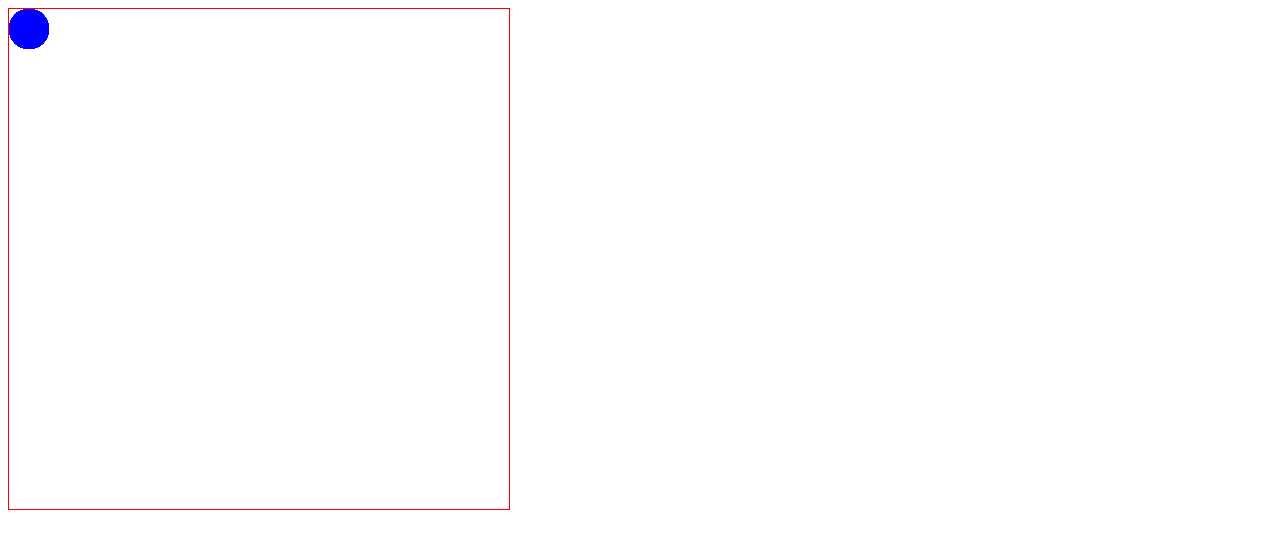
Repository: huynhsang96/CaseJS
Page: Demo_case/index.html
An editor plug-in stored every save of this project. The page is shown before and after the next save, followed by the edit.
The browser window is 1280 px wide. The pictures show the whole page.

Above is the page before, as saved 2022-02-14 10:18:20.

After the next save:
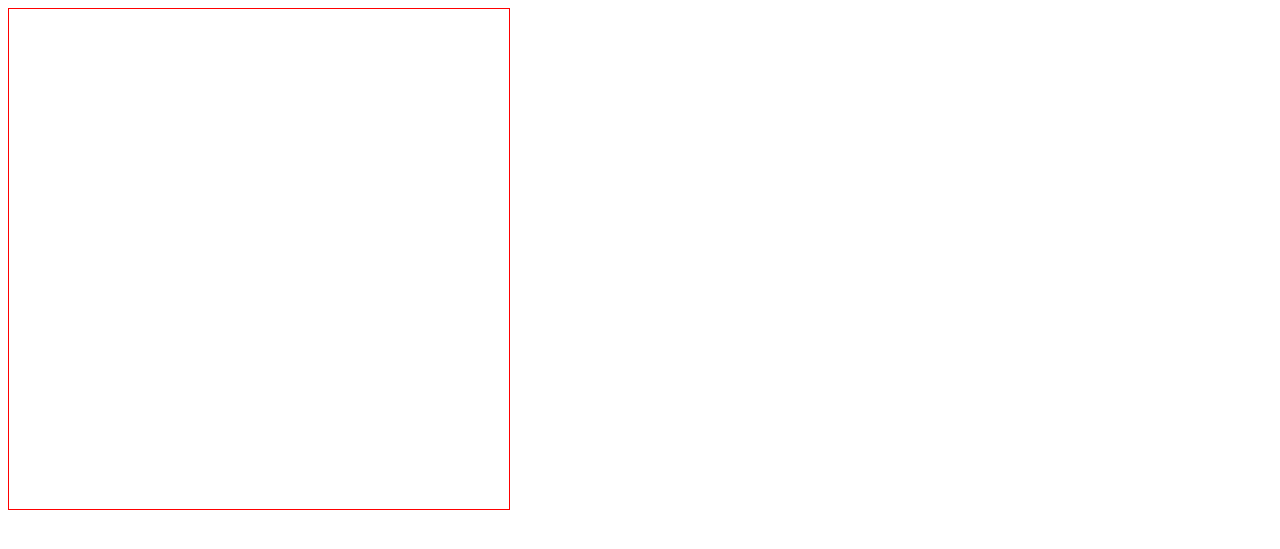
Console error: SyntaxError: Invalid or unexpected token
Saved 22 s later.
--- a/Demo_case/ball.js
+++ b/Demo_case/ball.js
@@ -19,7 +19,7 @@
     move(){
         setInterval(function(){
             ball1.draw();
-            this.x = this.x + 100;
+            this.x = this.x + 100px;
         },100)
     }
 }

After the save that followed:
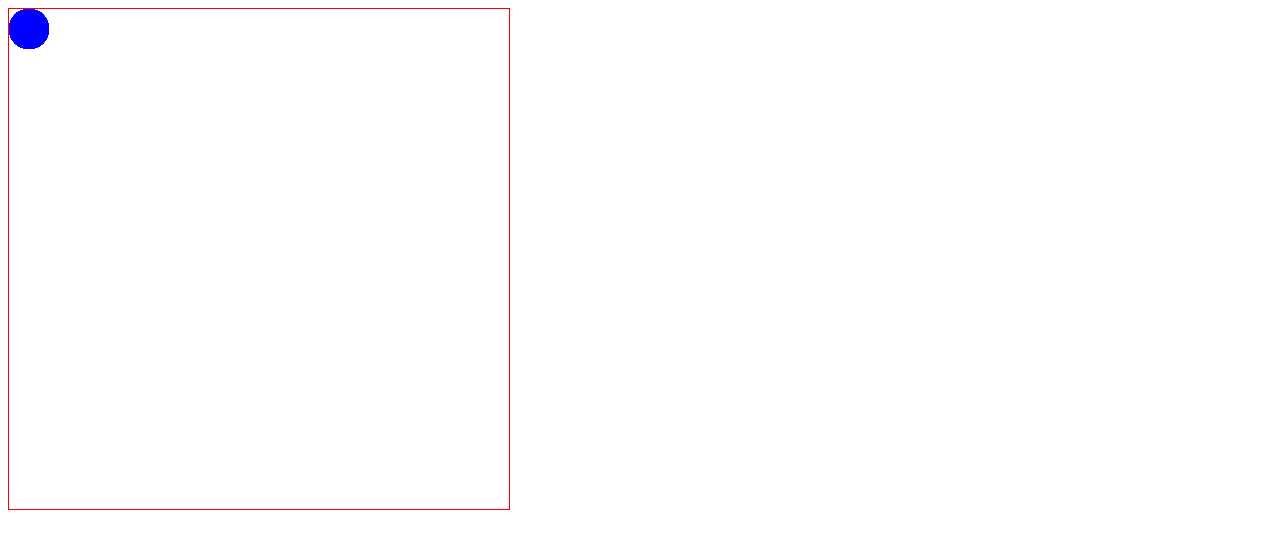
The error is gone.
Saved 7 s later.
--- a/Demo_case/ball.js
+++ b/Demo_case/ball.js
@@ -19,7 +19,7 @@
     move(){
         setInterval(function(){
             ball1.draw();
-            this.x = this.x + 100px;
+            this.x = this.x + 100;
         },100)
     }
 }
